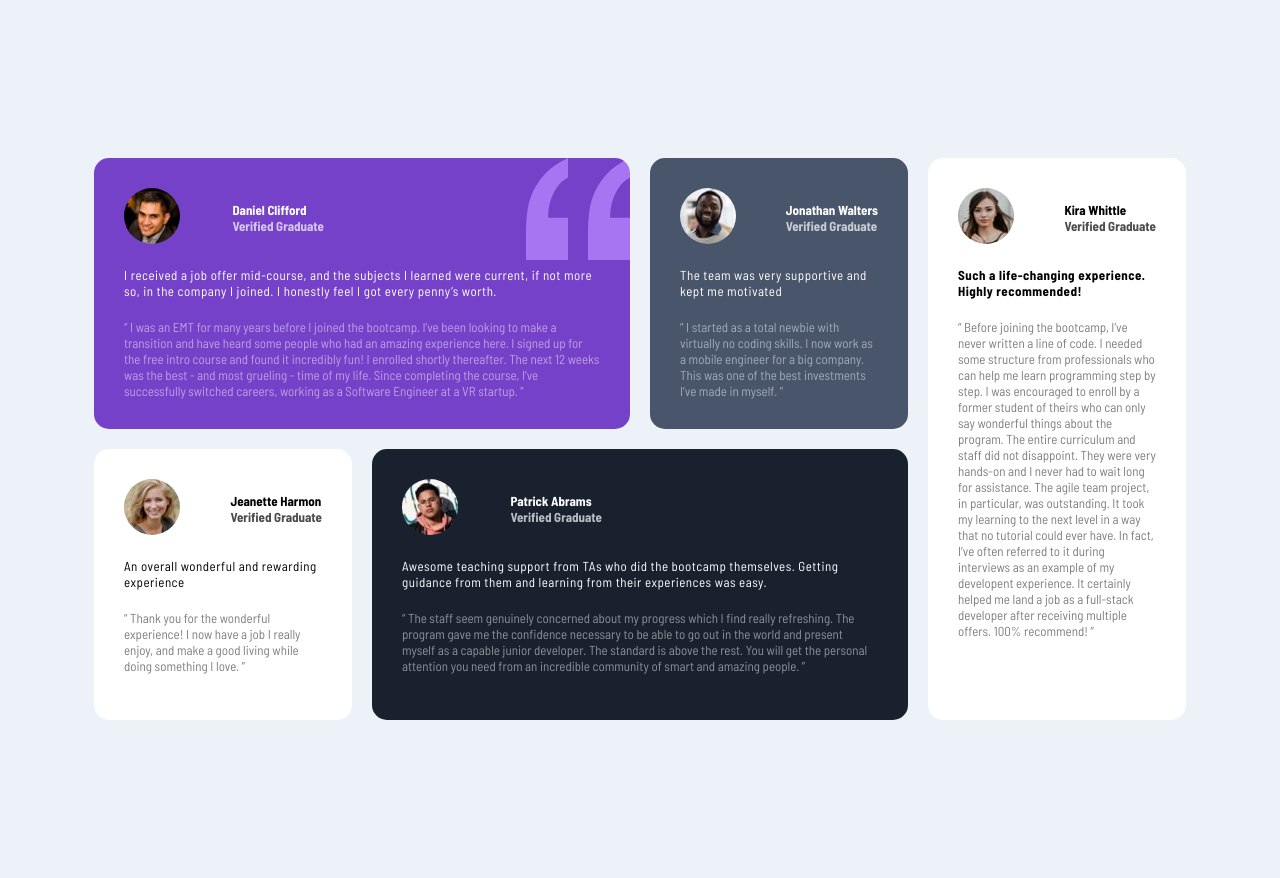
Repository: Toqa-25/testimonials
Page: index.html
The author's editor kept a copy of each file at every save. The page is drawn from the files as they stood at one save, then again after the next save.
The browser window is 1280 px wide. The pictures show the whole page.

Above is the page before, as saved 2021-11-04 13:32:07.

### index.html
<!DOCTYPE html>
<html lang="en">
<head>
    <meta charset="UTF-8">
    <meta http-equiv="X-UA-Compatible" content="IE=edge">
    <meta name="viewport" content="width=device-width, initial-scale=1.0">
    <!-- css files -->
    <link rel="stylesheet" href="css/style.css">
    <link rel="stylesheet" href="css//vendors/all.min.css">
    <!-- fonts style -->
    <link rel="preconnect" href="https://fonts.googleapis.com">
<link rel="preconnect" href="https://fonts.gstatic.com" crossorigin>
<link href="https://fonts.googleapis.com/css2?family=Barlow+Semi+Condensed:wght@100;200;300;400;500;600;700;800;900&family=Montserrat:wght@100;200;300;400;500;600;700;800;900&family=PT+Sans:ital,wght@0,400;0,700;1,700&family=Roboto:wght@100;300;400;500;700;900&display=swap" rel="stylesheet">
    <title>tistimonials design</title>
</head>
<body>
    <div class="container">
        <div class="testi-content">
            <article class="grid-item Daniel">
                <header class="grid-item-name">
                    <div class="item-img">
                        <img src="images/image-daniel.jpg" alt="">
                    </div>
                    <div class="item-name">
                        <h4 class="name">Daniel Clifford</h4>
                        <h4 class="name-info">Verified Graduate</h4>
                    </div>
                </header>
                <div class="art-body">
                    <p class="bold-text"> I received a job offer mid-course, and the subjects I learned were current, if not more so, in the company I joined. I honestly feel I got every penny’s worth.</p>
                    <p class="lite-text">“ I was an EMT for many years before I joined the bootcamp. I’ve been looking to make a
                        transition and have heard some people who had an amazing experience here. I signed up
                        for the free intro course and found it incredibly fun! I enrolled shortly thereafter.
                        The next 12 weeks was the best - and most grueling - time of my life. Since completing
                        the course, I’ve successfully switched careers, working as a Software Engineer at a VR startup. ” </p>
                </div>
            </article>
            <article class="grid-item Jonathan">
                <header class="grid-item-name">
                    <div class="item-img">
                        <img src="images/image-jonathan.jpg" alt="">
                    </div>
                    <div class="item-name">
                        <h4 class="name">Jonathan Walters</h4>
                        <h4 class="name-info">Verified Graduate</h4>
                    </div>
                </header>
                <div class="art-body">
                    <p class="bold-text">The team was very supportive and kept me motivated</p>
                    <p class="lite-text">“ I started as a total newbie with virtually no coding skills. I now work as a mobile engineer
                     for a big company. This was one of the best investments I’ve made in myself. ”
                    </p>
                </div>
            </article>
            <article class="grid-item  Jeanette ">
                <header class="grid-item-name">
                    <div class="item-img">
                        <img src="images/image-jeanette.jpg" alt="">
                    </div>
                    <div class="item-name">
                        <h4 class="name">  Jeanette Harmon</h4>
                        <h4 class="name-info">Verified Graduate</h4>
                    </div>
                </header>
                <div class="art-body">
                    <p class="bold-text"> An overall wonderful and rewarding experience</p>
                    <p class="lite-text">“ Thank you for the wonderful experience! I now have a job I really enjoy, and make a good living
                     while doing something I love. ”</p>
                </div>
            </article>
            <article class="grid-item Patrick">
                <header class="grid-item-name">
                    <div class="item-img">
                        <img src="images/image-patrick.jpg" alt="">
                    </div>
                    <div class="item-name">
                        <h4 class="name">Patrick Abrams</h4>
                        <h4 class="name-info"> Verified Graduate</h4>
                    </div>
                </header>
                <div class="art-body">
                    <p class="bold-text"> Awesome teaching support from TAs who did the bootcamp themselves. Getting guidance from them and learning from their experiences was easy.</p>
                    <p class="lite-text">“ The staff seem genuinely concerned about my progress which I find really refreshing. The program
                        gave me the confidence necessary to be able to go out in the world and present myself as a capable
                        junior developer. The standard is above the rest. You will get the personal attention you need from
                        an incredible community of smart and amazing people. ”
                    </p>
                </div>
            </article>
            <article class="grid-item Kira ">
                <header class="grid-item-name">
                    <div class="item-img">
                        <img src="images/image-kira.jpg" alt="" srcset="">
                    </div>
                    <div class="item-name">
                        <h4 class="name">Kira Whittle</h4>
                        <h4 class="name-info ">Verified Graduate</h4>
                    </div>
                </header>
                <div class="art-body">
                    <h4 class="bold-text"> Such a life-changing experience. Highly recommended!</h4>
                    <p class="lite-text"> “ Before joining the bootcamp, I’ve never written a line of code. I needed some structure from
                    professionals who can help me learn programming step by step. I was encouraged to enroll by a former
                    student of theirs who can only say wonderful things about the program. The entire curriculum and staff
                    did not disappoint. They were very hands-on and I never had to wait long for assistance. The agile team
                    project, in particular, was outstanding. It took my learning to the next level in a way that no tutorial
                    could ever have. In fact, I’ve often referred to it during interviews as an example of my developent
                    experience. It certainly helped me land a job as a full-stack developer after receiving multiple offers.
  100% recommend! ”</p>
                </div>
            </article>

        </div>
    </div>
</body>
</html>

### css/style.css
/*
     public style
  **********************
*/
body{
    Font-size: 13px;
    font-family: 'Barlow Semi Condensed', sans-serif;
   /* font-family: 'Montserrat', sans-serif;
    font-family: 'PT Sans', sans-serif;
    font-family: 'Roboto', sans-serif; */
    /* font-family: 'Barlow Semi' Condensed; */
    background-color: hsl(210, 46%, 95%);
}
*{
    padding:0;
    margin:0;
    box-sizing: border-box;
}
/*
content  style
**********************
*/
.container{
    width: 90%;
    margin: auto;
    padding: 10% 0;
}
.testi-content{
    display: grid;
    grid-template-columns: repeat(8 , 1fr);
    grid-template-rows: repeat(2 , 1fr);
    grid-gap: 20px;
     padding: 30px;
}
.lite-text{
    opacity:.5;
}
.name-info{
    opacity:.7;
}
.grid-item{
    padding: 30px;
    border-radius: 15px;
    -webkit-border-radius: 15px;
    -moz-border-radius: 15px;
    -ms-border-radius: 15px;
    -o-border-radius: 15px;
}
.grid-item-name{
    display: flex;
    justify-content: space-between;
    align-items: center;
    max-width: 200px;

}
.name{
    font-weight: bold;
}
.bold-text{
    margin: 20px 0;
    letter-spacing: .5px;
}
.item-img img{
 border-radius: 50%;
 -webkit-border-radius: 50%;
 -moz-border-radius: 50%;
 -ms-border-radius: 50%;
 -o-border-radius: 50%;
}
.Daniel{
    background-color: hsl(263, 55%, 52%);
    background-image: url(../images/bg-pattern-quotation.svg);
    background-position: right top;
    background-repeat: no-repeat;
    color: hsl(0, 0%, 100%);
    grid-column: 1 /5;
    grid-row: 1/2;
}


.Jonathan{
    background-color: hsl(0, 0%, 81%);
    background-color: hsl(217, 19%, 35%);
     grid-column: 5/7;
    grid-row: 1/2;
    color: hsl(0, 0%, 100%);
}

.Kira{
    background-color: hsl(0, 0%, 100%);
    grid-column: 7 /9;
    grid-row: 1/3;
}
.Patrick{
    background-color: hsl(219, 29%, 14%);
    color: hsl(0, 0%, 100%);
    grid-column: 3 /7;
    grid-row: 2/3;
}
.Jeanette {
background-color: hsl(0, 0%, 100%);
    grid-column: 1 /3;
    grid-row: 2/3;
}
/*  media quary style */
@media (max-width:575px){
    .testi-content{
    display: grid;
    grid-template-columns: 1fr;
    grid-template-rows: repeat(8 , auto);
    grid-gap: 10px;
     padding: 40px;
}
.grid-item{
grid-column: 1/2;
}
.Daniel{
    grid-row: 1/3;
}
.Jonathan{
    grid-row: 3/4;
}
.Kira{
    grid-row: 4/5;
}
    .Patrick{
        grid-row: 5/7;
    }

.Jeanette{
    grid-row: 7/9;

}
}







/*           media quary style
    ***************************************
        //extra small devices @media (maxwidth:575px)
        //small devices @media (maxwidth:767px)
        //medium devices @media (maxwidth:991px)
        //large devices @media (maxwidth:1199px)
*/

Loaded but not shown: css/vendors/all.min.css (library)

After the next save:
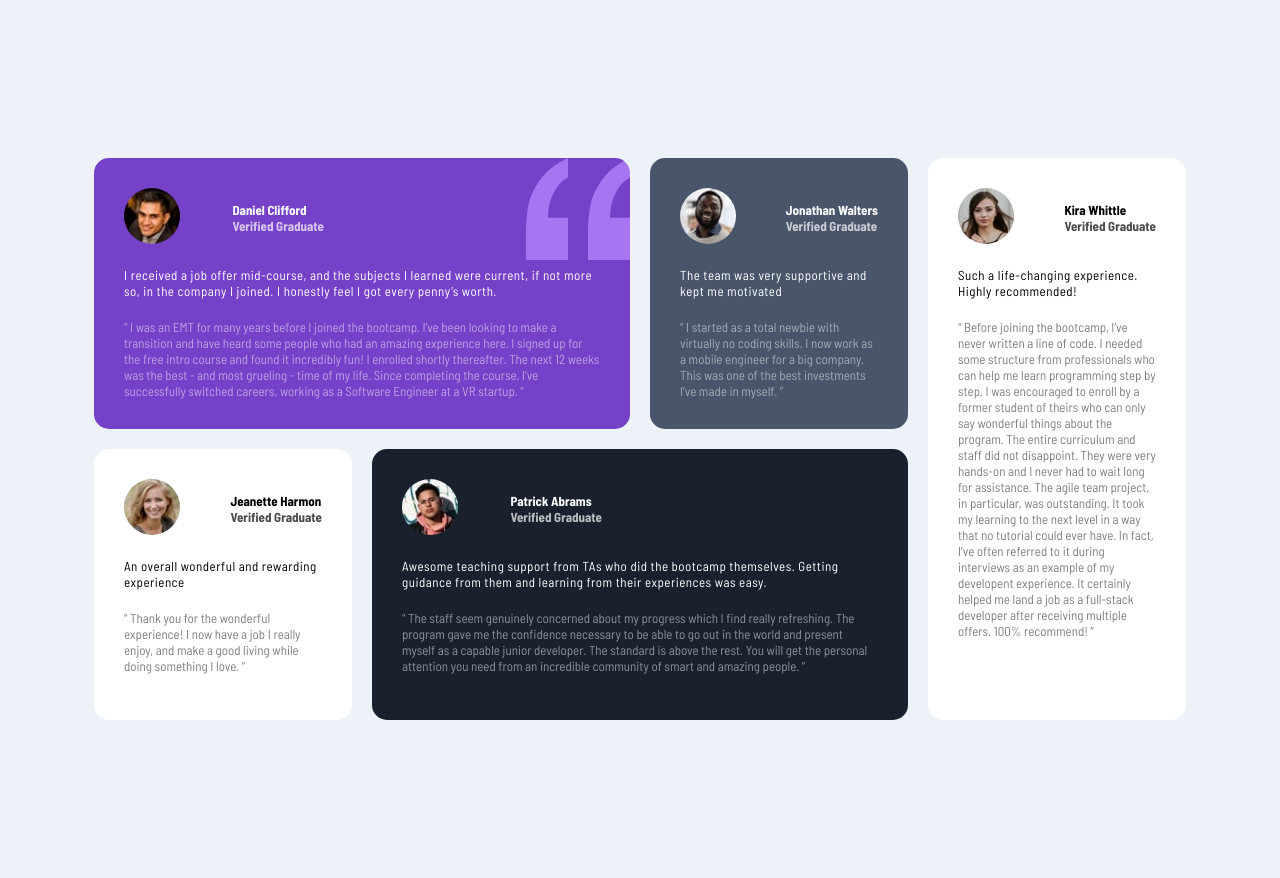
Saved 11 s later.
--- a/index.html
+++ b/index.html
@@ -98,7 +98,7 @@
                     </div>
                 </header>
                 <div class="art-body">
-                    <h4 class="bold-text"> Such a life-changing experience. Highly recommended!</h4>
+                    <p class="bold-text"> Such a life-changing experience. Highly recommended!</h4>
                     <p class="lite-text"> “ Before joining the bootcamp, I’ve never written a line of code. I needed some structure from
                     professionals who can help me learn programming step by step. I was encouraged to enroll by a former
                     student of theirs who can only say wonderful things about the program. The entire curriculum and staff
